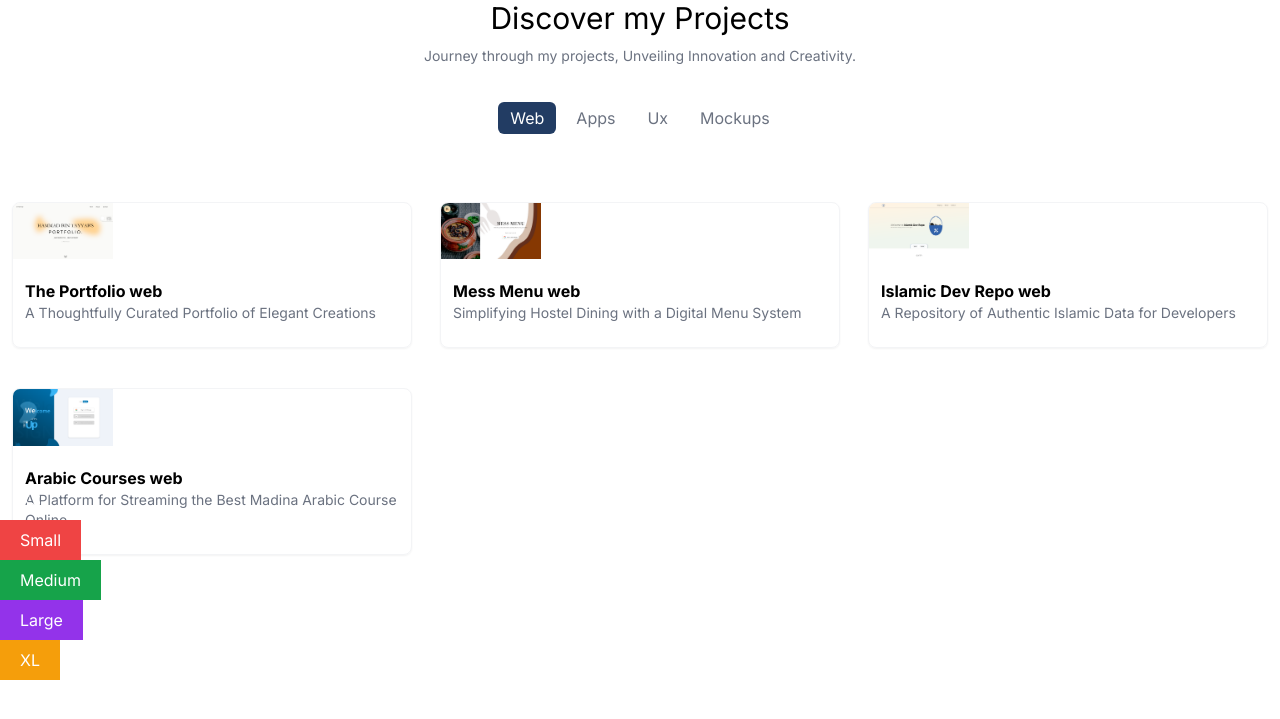
Repository: SpicierEwe/my_portfolio_v2
Page: /
The author's editor kept a copy of each file at every save. The page is drawn from the files as they stood at one save, then again after the next save.
The browser window is 1280 px wide. The pictures show the whole page.
The project was rebuilt for these pictures with package versions that can differ from the ones it lists, and the page was loaded fresh each time. The framework's server and built-in components were replaced by stand-ins that run in the browser. Also part of the build but not shown: next.config.js, core/utils/customIcons.js, core/utils/utils.tsx, core/db/sub_db_data/ux_db.js.

Above is the page before, as saved 2024-04-22 12:03:18.

### app/page.tsx
import DevicePreview from "@/Components/Device_preview/device_preview";
import HeroSection from "@/Components/Hero_section/hero_section";
import WorkSection from "@/Components/Work_section/work_section";
import Image from "next/image";

export default function Home() {
  return (
    <main>
      <div className="absolute z-30 overflow-hidden bottom-0 ">
        <DevicePreview />
      </div>
      {/* <div className="overflow-hidden">
        <HeroSection />
      </div> */}

      <WorkSection />
    </main>
  );
}

### app/globals.css
@layer base {

  @font-face {
    font-family: 'Garamond';
    src: url('../public/fonts/EBGaramond-VariableFont_wght.ttf');

  }

  @font-face {
    font-family: 'Proxima Nova';
    src: url('../public/fonts/MarkSimonsonProximaNovaRegular.otf');
    font-weight: normal;
    font-style: normal;
  }


  @font-face {
    font-family: "Rage";
    src: url("../public/fonts/rage.ttf");
  }
}

@tailwind base;
@tailwind components;
@tailwind utilities;

:root {
  --foreground-rgb: 0, 0, 0;
  --background-start-rgb: 214, 219, 220;
  --background-end-rgb: 255, 255, 255;

}

@media (prefers-color-scheme: dark) {
  :root {
    --foreground-rgb: 255, 255, 255;
    --background-start-rgb: 0, 0, 0;
    --background-end-rgb: 0, 0, 0;
  }
}

body {

  /* background: #F5F5F5; */
}

### Components/Device_preview/device_preview.tsx
"use client";

import { use, useEffect, useState } from "react";

export default function DevicePreview() {
  return (
    <main className="flex flex-col justify-end ">
      {/* xs */}
      <div className=" text-right ">
        <p className="xs:bg-brand-color w-min text-white px-5 py-2">XS</p>
      </div>
      {/* sm */}
      <div className=" text-right ">
        <p className="sm:bg-red-500 w-min text-white px-5 py-2">Small</p>
      </div>
      {/* md */}
      <div className=" text-right ">
        <p className="md:bg-green-600 w-min px-5 py-2 text-white">Medium</p>
      </div>
      {/* lg */}
      <div className=" text-right ">
        <p className="lg:bg-purple-600 w-min px-5 py-2 text-white">Large</p>
      </div>
      {/* xl */}
      <div className=" text-right ">
        <p className="xl:bg-amber-500 w-min px-5 py-2 text-white">XL</p>
      </div>
      {/* 2xl */}
      <div className=" text-right ">
        <p className="2xl:bg-cyan-600 w-min px-5 py-2 text-white">2XL</p>
      </div>
    </main>
  );
}

### Components/Work_section/work_section.tsx
"use client";

import { db } from "../../core/db/db";
import Image from "next/image";
import Link from "next/link";
import { useState } from "react";

export default function WorkSection() {
  const navItems: string[] = Object.keys(db.portfolioItems);
  const [selectedNavItemIndex, setSelectedNavItemIndex] = useState<number>(0);
  return (
    <section className="">
      {/* header */}
      <header className="flex flex-col items-center pt-7">
        <h2 className="text-center text-2xl md:text-3xl">
          Discover my Projects
        </h2>
        <p className="text-center text-sm mt-2.5 text-gray-500">
          Journey through my projects, Unveiling Innovation and Creativity.
        </p>
      </header>
      {/* nav */}
      <nav>
        <ul className="flex justify-center mt-9 gap-2 flex-wrap">
          {navItems.map((item, index) => {
            const isSelected: Boolean = selectedNavItemIndex == index;
            return (
              <li
                className={`${
                  isSelected ? "bg-brand-color" : ""
                } px-3 py-1 rounded-md cursor-pointer`}
                onClick={() => setSelectedNavItemIndex(index)}
                key={index}
              >
                <Link
                  href="#"
                  className={`${
                    isSelected ? "text-white" : "text-gray-500"
                  } capitalize`}
                >
                  {item}
                </Link>
              </li>
            );
          })}
        </ul>
      </nav>

      <main>
        {/* projects */}
        <div className="grid grid-cols-1 sm:grid-cols-2 lg:grid-cols-3 gap-7 mt-14 px-3 py-3 sm:px-14 md:px-24">
          {(db.portfolioItems as any)[navItems[selectedNavItemIndex]].map(
            (item: any, index: number) => {
              const selectedNavItemName: string =
                navItems[selectedNavItemIndex];
              const projectName: string = item["projectName"];
              const imageLink: string = item["imageLink"];
              const tagLine = item["projectTagLine"];
              return (
                <div
                  key={index}
                  className="cursor-pointer shadow-sm rounded-lg overflow-hidden mb-3 border border-gray-100 hover:bg-gray-100 hover:border-gray-300
                  transition transform duration-300 ease-in-out"
                >
                  <Image
                    className="" // Group-based scaling
                    src={imageLink}
                    alt={projectName}
                    height={100}
                    width={100}
                  />
                  <div className="ml-3 mb-6 mt-5">
                    <p className="font-bold">
                      {projectName} {selectedNavItemName}
                    </p>
                    <p className="text-gray-500 text-sm">{tagLine}</p>
                  </div>
                </div>
              );
            }
          )}
        </div>
      </main>
    </section>
  );
}

### core/db/db.js
import { websitesDb } from "./sub_db_data/websites_db";
import { appsDb } from "./sub_db_data/apps_db";
import { uxDb } from "./sub_db_data/ux_db";
import { mockupsDb } from "./sub_db_data/mockups_db";

export const db = {
  portfolioItems: {
    web: websitesDb,
    apps: appsDb,
    ux: uxDb,
    mockups: mockupsDb,
  },
};

### core/db/sub_db_data/websites_db.js
import { embedCustomLinks } from "../../utils/utils";

export const websitesDb = [
  {
    projectName: "The Portfolio",
    projectId: "e2f9658b-f9bb-4d2c-ac8c-113a56d9204f",
    projectTagLine: "A Thoughtfully Curated Portfolio of Elegant Creations",
    link: "https://hammadtayyab.vercel.app/",
    imageLink: "/images/websites/my_portfolio.png",
    info: "This portfolio project showcases a minimalist design, highlighting my work and skills with clarity and finesse. The aim was to provide a seamless user experience and intuitive navigation, creating a comprehensive and sophisticated display of my professional journey.",
    roles: [
      "Data Analyst",
      "Designer",
      "Developer",
      "Maintainer",
      "Product Manager",
      "Tester/Quality Assurance",
      "Researcher",
      "DevOps Engineer",
      "Technical Writer",
      "Project Manager",
    ],
    techStack: [
      "NextJs",
      "React",
      "TypeScript",
      "TailwindCSS",
      "HTML",
      "CSS",
      "JavaScript",
      "Git",
      "Vercel",
    ],
  },
  {
    projectId: "566ec8d6-4d5d-4f22-9580-2c574f7122fb",
    projectName: "Mess Menu",
    projectTagLine: "Simplifying Hostel Dining with a Digital Menu System",
    link: "https://messmenu.vercel.app/",
    imageLink: "/images/websites/mess_menu.png",
    info: "This project streamlines the process of hostel dining by offering a digital menu system for students. Monthly menus are curated through community voting, allowing students to have a say in their dining options. Originating from a friend's final year project, the focus was on user-centric design and functionality, ensuring a seamless experience for all users.",
    roles: [
      "Data Analyst",
      "Designer",
      "Developer",
      "Maintainer",
      "Product Manager",
      "Tester/Quality Assurance",
      "Researcher",
      "DevOps Engineer",
      "Technical Writer",
      "Project Manager",
    ],
    techStack: [
      "NextJs",
      "React",
      "HTML",
      "CSS",
      "JavaScript",
      "Git",
      "Vercel",
      "Firebase",
      "Firebase Auth",
    ],
  },
  {
    projectId: "e3a52953-0a4d-43c3-b874-bd55925f6a7e",
    projectName: "Islamic Dev Repo",
    projectTagLine: "A Repository of Authentic Islamic Data for Developers",
    link: "https://islamic-dev-repo.vercel.app/",
    imageLink: "/images/websites/islamic_dev_repo.png",
    info: "This project offers developers a curated repository of reliable Islamic data that can be seamlessly integrated into various applications. With a focus on authenticity and compatibility across multiple devices, this repository provides a trustworthy source of information for developers working on Islamic-related projects.",
    roles: [
      "Data Analyst",
      "Designer",
      "Developer",
      "Maintainer",
      "Product Manager",
      "Tester/Quality Assurance",
      "Researcher",
      "DevOps Engineer",
      "Technical Writer",
      "Project Manager",
    ],
    techStack: [
      "NextJs",
      "React",
      "HTML",
      "CSS",
      "JavaScript",
      "Git",
      "Vercel",
      "Python",
    ],
  },
  {
    projectId: "87693335-b9d6-434c-8428-5d8266482050",
    projectName: "Arabic Courses",
    projectTagLine:
      "A Platform for Streaming the Best Madina Arabic Course Online",
    link: "https://arabiccourses.vercel.app/",
    imageLink: "/images/websites/arabic_courses.png",
    info: `The goal of this project was to establish an online platform for the popular Madina Arabic course, allowing users to stream videos from the cloud and track their progress. Initially, the videos were only available for download, but this platform offers a more convenient streaming experience. You can learn more about the course at ${embedCustomLinks(
      {
        link: "https://abdurrahman.org/arabic-learning/dvds/",
        title: "AbdurRahman.Org",
      }
    )}. Arabic Courses enhances accessibility and convenience for users, making the learning process smoother and more enjoyable.`,
    roles: [
      "Data Analyst",
      "Designer",
      "Developer",
      "Maintainer",
      "Product Manager",
      "Tester/Quality Assurance",
      "Researcher",
      "DevOps Engineer",
      "Technical Writer",
      "Project Manager",
    ],
    techStack: [
      "NextJs",
      "React",
      "HTML",
      "CSS",
      "JavaScript",
      "Git",
      "Vercel",
      "Firebase",
      "Firebase Auth",
    ],
  },
];

### core/db/sub_db_data/apps_db.js
import { embedCustomLinks } from "../../utils/utils";

export const appsDb = [
  {
    projectId: "38384ae3-5586-40be-b025-c9c3ad1094ef",
    projectName: "al Qur'an",
    projectTagLine: "All about the Qur'an in one app.",

    link: "https://play.google.com/store/apps/details?id=com.spicierewe.al_quran",

    imageLink: "/images/apps/al_quran.png",

    info: `The "al Qur'an" app offers a comprehensive experience of the Qur'an for users around the world. It includes a wide range of translations in various languages, tafseer (exegesis), access to over 49 reciters and translators, and much more. All data is sourced from the reliable platform ${embedCustomLinks(
      { link: "https://quran.com", title: "quran.com" }
    )}.`,

    roles: [
      "Data Analyst",
      "Designer",
      "Developer",
      "Maintainer",
      "Product Manager",
      "Tester/Quality Assurance",
      "Researcher",
      "DevOps Engineer",
      "Technical Writer",
      "Project Manager",
    ],

    techStack: ["Flutter", "Dart", "Git", "Adobe XD"],

    platforms: ["Android"],
  },
  {
    projectId: "1eeb435f-acbd-41e8-b826-440959bb6a57",
    projectName: "Riddle Me",
    projectTagLine: "Riddle Me: Unraveling Minds, One Clue at a Time!",

    link: "https://play.google.com/store/apps/details?id=com.spicierewe.RiddleMe",

    imageLink: "/images/apps/riddle_me.png",

    info: "Riddle Me is an engaging and challenging game designed to test your intelligence and problem-solving skills. This game stimulates creative thinking and encourages you to approach problems from different perspectives.",

    roles: [
      "Data Analyst",
      "Designer",
      "Developer",
      "Maintainer",
      "Product Manager",
      "Tester/Quality Assurance",
      "Researcher",
      "DevOps Engineer",
      "Technical Writer",
      "Project Manager",
    ],

    techStack: ["Flutter", "Dart", "Git", "Adobe XD"],

    platforms: ["Android"],
  },
  {
    projectId: "2ae7005c-16e2-4fe5-b7b0-20f5f826321e",
    projectName: "Food Deals",
    projectTagLine: "Find the best food deals at your fingertips.",

    link: "https://play.google.com/store/apps/details?id=com.spicierewe.food_deals",

    imageLink: "/images/apps/food_deals.png",

    info: "Food Deals is an app that helps users discover the best offers and discounts on their favorite food delivery services. Save money and enjoy your favorite meals by comparing prices across different platforms.",

    roles: [
      "Data Analyst",
      "Designer",
      "Developer",
      "Maintainer",
      "Product Manager",
      "Tester/Quality Assurance",
      "Researcher",
      "DevOps Engineer",
      "Technical Writer",
      "Project Manager",
    ],

    techStack: ["Flutter", "Dart", "Git", "Adobe XD"],

    platforms: ["Android"],
  },
  {
    projectId: "627de94f-59b4-4f85-bcf4-df6fbf22714e",
    projectName: "Hadith Collection",
    projectTagLine: "Access authentic hadiths of the Prophet Muhammad (pbuh).",

    link: "https://play.google.com/store/apps/details?id=com.spicierewe.ahadith_collection",

    imageLink: "/images/apps/ahadith_collection.png",

    info: `The "Hadith Collection" app provides a comprehensive and authentic collection of hadiths of the Prophet Muhammad (pbuh). It includes data from various reputable sources such as ${embedCustomLinks(
      { link: "https://sunnah.com", title: "sunnah.com" }
    )} for Arabic and English, and ${embedCustomLinks({
      link: "https://github.com/pakjiddat/islam-companion-web-api",
      title: "islam-companion-web-api",
    })} for Urdu data.`,

    roles: [
      "Data Analyst",
      "Designer",
      "Developer",
      "Maintainer",
      "Product Manager",
      "Tester/Quality Assurance",
      "Researcher",
      "DevOps Engineer",
      "Technical Writer",
      "Project Manager",
    ],

    techStack: ["Flutter", "Dart", "Git", "Adobe XD"],

    platforms: ["Android"],
  },
  {
    projectId: "7468bdef-5b24-454e-ae99-dd0a558441d7",
    projectName: "Study Practice",
    projectTagLine: "Practice makes perfect.",

    link: "https://play.google.com/store/apps/details?id=com.spicierewe.study_practice",

    imageLink: "/images/apps/study_practice.png",

    info: "Study Practice is a study companion app designed to help students prepare for competitive exams such as NEET and JEE. The app offers past exam questions, mock tests, and real-time progress tracking along with official study material.",

    roles: [
      "Data Analyst",
      "Designer",
      "Developer",
      "Maintainer",
      "Product Manager",
      "Tester/Quality Assurance",
      "Researcher",
      "DevOps Engineer",
      "Technical Writer",
      "Project Manager",
    ],

    techStack: ["Flutter", "Dart", "Git", "Adobe XD"],

    platforms: ["Android"],
  },
];

### core/db/sub_db_data/mockups_db.js
export const mockupsDb = [
  {
    phone_mockup_links: [],
    other_mockup_links: [
      "/images/mockups/eat_healthy_mockup.svg",
      "/images/mockups/bot_mockup_theme_light.svg",
      "/images/mockups/bot_mockup_theme_dark.svg",
      "/images/mockups/the_perfume_lab_price_list.png",
      "/images/mockups/noraty_business_hero_section.svg",
      "/images/mockups/gr_showcase.png",
      "/images/mockups/just_moved_showcase.png",
      "/images/mockups/archer_product_design.png",
      "/images/mockups/the_connection_poster.png",
      "/images/mockups/social_flow_flyer.png",
      "/images/mockups/LVD_roll_up_banner.png",
      "/images/mockups/ATS_flyer.png",
    ],
  },
];

### tailwind.config.js
const { reverse } = require("dns");
const defaultTheme = require("tailwindcss/defaultTheme");

/** @type {import('tailwindcss').Config} */
module.exports = {
  content: [
    "./pages/**/*.{js,ts,jsx,tsx,mdx}",
    "./components/**/*.{js,ts,jsx,tsx,mdx}",
    "./app/**/*.{js,ts,jsx,tsx,mdx}",
    "./core/**/*.{js,ts,jsx,tsx,mdx}",
  ],
  theme: {
    extend: {
      screens: { xs: { max: "640px" } },

      maxWidth: {
        "120rem": "120rem",
      },

      backgroundImage: {
        "gradient-radial": "radial-gradient(var(--tw-gradient-stops))",
        "gradient-conic":
          "conic-gradient(from 180deg at 50% 50%, var(--tw-gradient-stops))",
      },

      colors: {
        "brand-color": "#223c63",
        "primary-color": "#ffffff",
        "secondary-color": "#00A699",
        "accent-color": "#779ace",
      },

      keyframes: {
        wiggle: {
          "0%, 100%": { transform: "rotate(-3deg)" },
          "50%": { transform: "rotate(3deg)" },
        },

        levitate: {
          "0%": { transform: "translateY(50px)" },
          "50%": { transform: "translateY(-30px)  scale(1.1)" },
          "100%": { transform: "translateY(50px)" },
        },
        levitate_reverse: {
          "0%": { transform: "translateY(-90px)" },
          "50%": { transform: "translateY(30px)  scale(1.1)" },
          "100%": { transform: "translateY(-90px)" },
        },
      },

      animation: {
        "spin-slow": "spin 3s linear infinite",
        wiggle: "wiggle 1s ease-in-out infinite",
        levitate: "levitate 5s ease-in-out infinite",
        levitate_reverse: "levitate_reverse 5s ease-in-out infinite reverse",
      },

      fontFamily: {
        garmond: ["Garmond", ...defaultTheme.fontFamily.serif],
        custom_sans: ["Proxima Nova", ...defaultTheme.fontFamily.sans],
      },

      height: {
        dvh: "100dvh",
      },
    },
  },

  variants: {
    backgroundColor: ["responsive", "hover", "focus", "active"],
  },

  plugins: [],
};

Loaded but not shown: app/layout.tsx (common file)

After the next save:
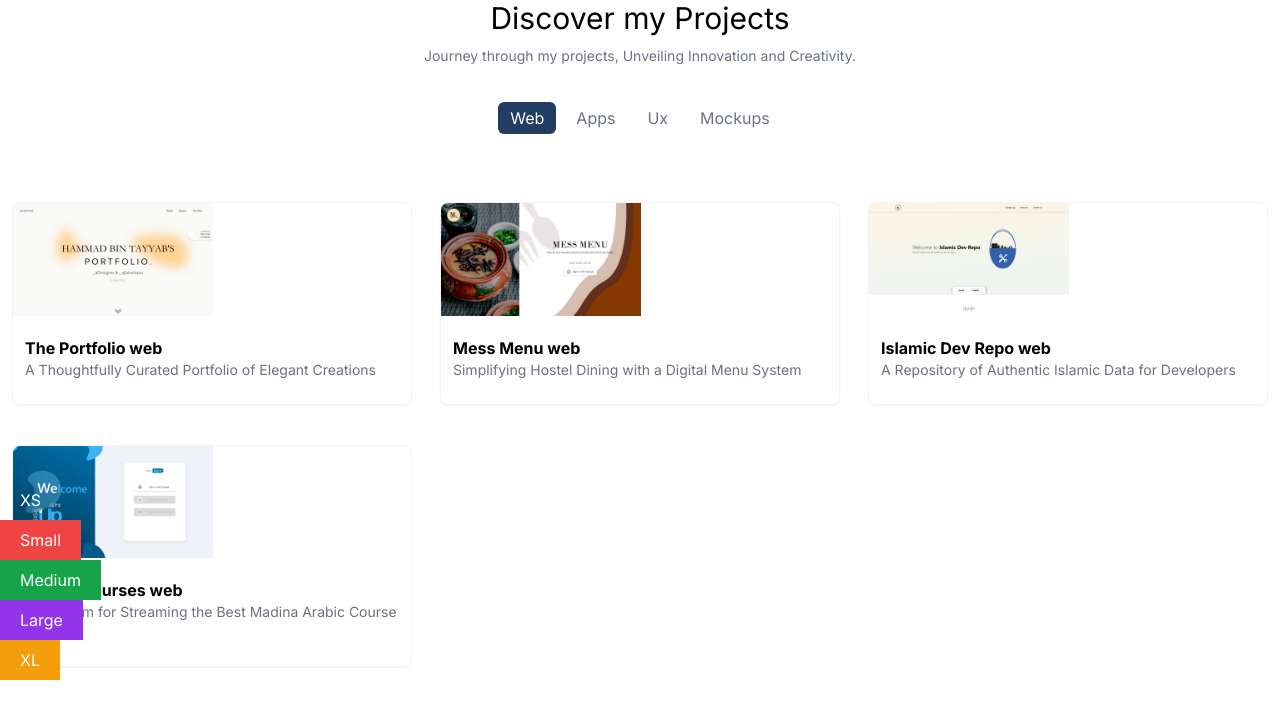
Saved 11 s later.
--- a/Components/Work_section/work_section.tsx
+++ b/Components/Work_section/work_section.tsx
@@ -66,8 +66,8 @@ export default function WorkSection() {
                     className="" // Group-based scaling
                     src={imageLink}
                     alt={projectName}
-                    height={100}
-                    width={100}
+                    height={200}
+                    width={200}
                   />
                   <div className="ml-3 mb-6 mt-5">
                     <p className="font-bold">
